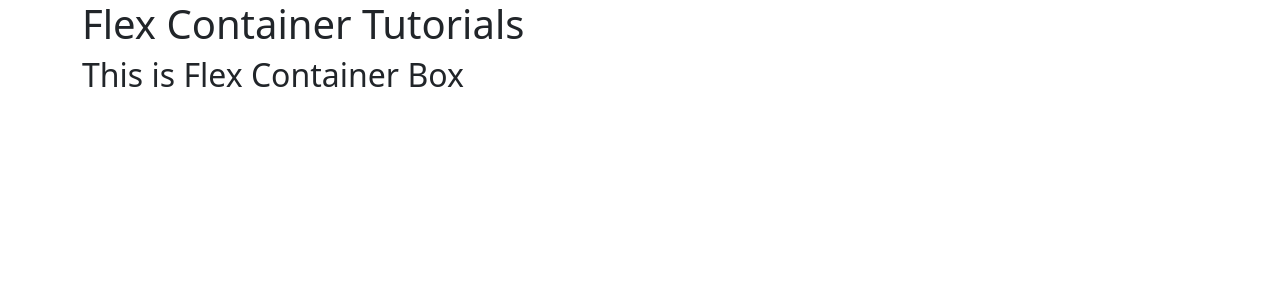
Repository: tandoan-teaching/teaching
Page: ltt/web/exercises/flexbox/flex-container.html
These files come from the project's save history. The page is drawn as it stood at one moment and after the next save; the edit follows.
The browser window is 1280 px wide. The pictures show the whole page.

Above is the page before, as saved 2024-03-24 16:08:50.

After the next save:
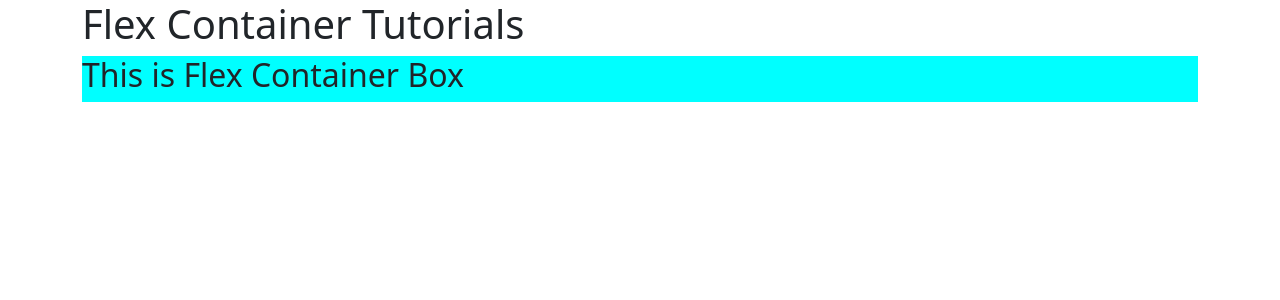
Saved 12 s later.
--- a/ltt/web/exercises/flexbox/flex-container.html
+++ b/ltt/web/exercises/flexbox/flex-container.html
@@ -13,6 +13,7 @@
         <style>
         .flex-container {
             display: flex;
+            background-color: aqua;
           }
     </style>
     </head>
